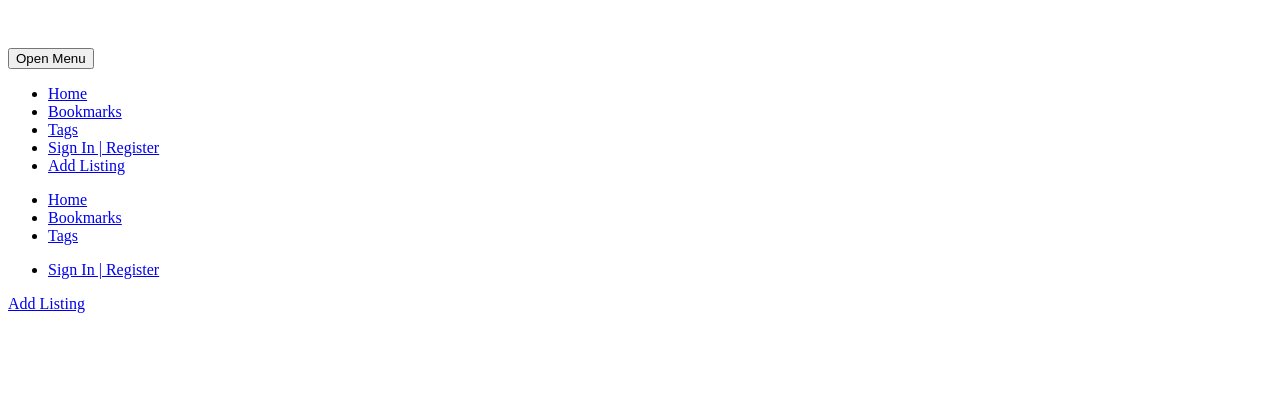
Repository: mateusfln/Finder
Page: http://localhost/tmp/plugins/Site/templates/element/header.php
These files come from the project's save history. The page is drawn as it stood at one moment and after the next save; the edit follows.
The browser window is 1280 px wide. The pictures show the whole page.
The page is run by PHP 8.4 with error messages shown; the project is at /var/www/html/.

Above is the page before, as saved 2024-02-12 16:05:53.

### plugins/Site/templates/element/header.php
<div id="header-fix" class="header fixed-top transperant">
            <nav class="navbar navbar-toggleable-md navbar-expand-lg navbar-light py-lg-0 py-4">
                <a class="navbar-brand mr-4 mr-md-5" href="index.html"><img src="/images/logo-v1.png" alt=""></a>
                <!-- Mobile Menu -->
                <div id="dl-menu" class="dl-menuwrapper d-block d-lg-none float-right">
                    <button>Open Menu</button>
                    <ul class="dl-menu">

                        <li class="nav-item active dropdown">
                            <a class="nav-link" href="#bookmarks" data-toggle="dropdown" aria-expanded="false">Home</a>
                        </li>
                        <li class="nav-item dropdown">
                            <a class="nav-link" href="#" data-toggle="dropdown" aria-expanded="false">Bookmarks</a>
                        </li>
                        <li class="nav-item dropdown">
                            <a class="nav-link" href="#" data-toggle="dropdown" aria-expanded="false">Tags</a>
                        </li>
                        <li><a href="#modal" class="text-white login_form"><i class="fa fa-sign-in pr-2"></i> Sign In | Register</a></li>

                        <li> <a href="add-listing.html" ><i class="fa fa-plus pr-1"></i> Add Listing</a></li>

                    </ul>
                </div>
                <!-- END Mobile Menu -->

                <!-- Desktop Menu -->
                <div class="collapse navbar-collapse d-none d-lg-block" id="navbarNav">
                    <ul class="navbar-nav mr-auto">
                        <li class="nav-item">
                            <a class="nav-link" href="#bookmarks" aria-expanded="false">Home</a>
                        </li>
                        <li class="nav-item dropdown">
                            <a class="nav-link" href="#" data-toggle="dropdown" aria-expanded="false">Bookmarks</a>
                        </li>
                        <li class="nav-item dropdown">
                            <a class="nav-link" href="#" data-toggle="dropdown" aria-expanded="false">Tags</a>
                        </li>

                    </ul>
                    <ul class="list-unstyled my-2 my-lg-0">
                        <li class="text-white"><i class="fa fa-sign-in pr-2"></i> <a href="#modal" class="text-white login_form">Sign In | Register</a></li>
                    </ul>
                    <a href="add-listing.html" class="btn btn-outline-light btn-sm ml-0 ml-lg-4 mt-3 mt-lg-0"><i class="fa fa-plus pr-1"></i> Add Listing</a>
                </div>
                <!-- END Desktop Menu -->
            </nav>
        </div>

After the next save:
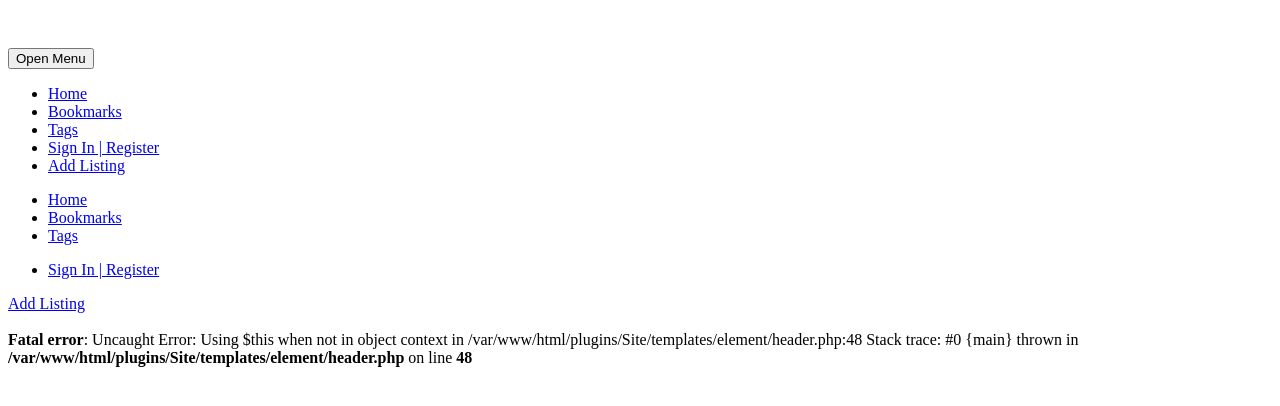
Saved 7 s later.
--- a/plugins/Site/templates/element/header.php
+++ b/plugins/Site/templates/element/header.php
@@ -45,3 +45,4 @@
                 <!-- END Desktop Menu -->
             </nav>
         </div>
+        <?= $this->element('pageInner')?>
